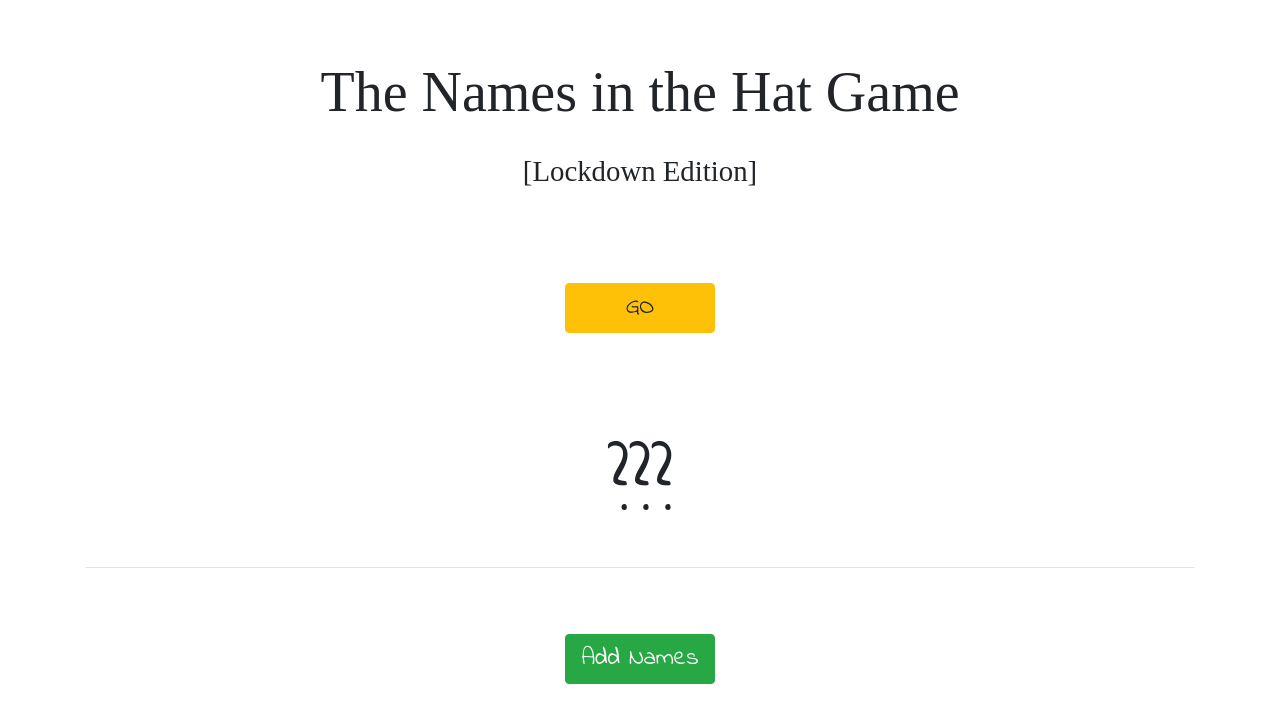
Repository: TaylorD1982/randomizer
Page: index.html
The author's editor kept a record of every edit. The page is drawn from the files as they stood at one moment, then again after the next edit.
The browser window is 1280 px wide. The pictures show the whole page.
Some web fonts or font styles are not loaded; a fallback is used. Some web libraries are served in a nearby version.

Above is the page before.
Console error: TypeError: Cannot read properties of null (reading 'addEventListener')

After the next edit:
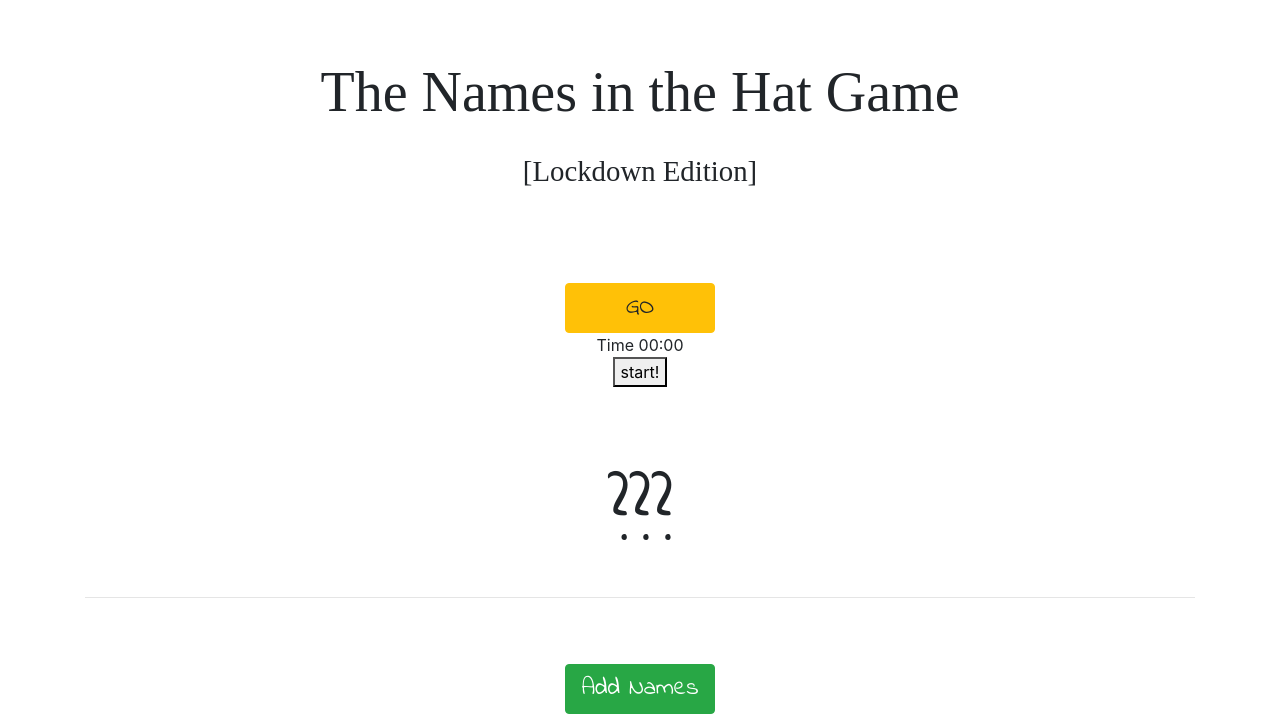
The edit:
--- a/index.html
+++ b/index.html
@@ -26,6 +26,8 @@
                       GO
                 </button>
                 <br>
+                <div>Time <span class="timer-view">00:00</span></div>
+                <button class="start">start!</button>
                 <br>
                 <br>
                 <div id="Answer" class="result">
@@ -77,52 +79,53 @@
 </script>
 
 <script>
-const timeView = document.querySelector('.timer-view');
-const start = document.querySelector('.start');
-const moreTime = document.querySelector('.add');
-const reset = document.querySelector('.reset');
+    const timeView = document.querySelector('.timer-view');
+    const start = document.querySelector('.start');
+    const moreTime = document.querySelector('.add');
+    const reset = document.querySelector('.reset');
 
-start.addEventListener('click', function(){
-	Countdown(15);
-});
+    start.addEventListener('click', function() {
+        Countdown(15);
+    });
 
-moreTime.addEventListener('click', function(){
-	AddTime(5);
-});
+    moreTime.addEventListener('click', function() {
+        AddTime(5);
+    });
 
-reset.addEventListener('click', function(){
-	timeView.textContent = '00:00';
-  clearTimeout(stopTime);
-});
+    reset.addEventListener('click', function() {
+        timeView.textContent = '00:00';
+        clearTimeout(stopTime);
+    });
 
 
-function Countdown(seconds) {
-  this.sec = seconds;
-  this.mins = seconds > 60? seconds/60 : 0;
+    function Countdown(seconds) {
+        this.sec = seconds;
+        this.mins = seconds > 60 ? seconds / 60 : 0;
 
-  tick();
+        tick();
 
-  function tick() {
-      if(this.sec > 60){
-          this.current_minutes = mins-1;
-      }
-      this.sec--;
-      timeView.textContent = (!this.mins? '00' : this.current_minutes.toString()) + ':' + (this.sec < 10 ? '0' : '') + String(this.sec);
-      if( this.sec > 0 ) {
-          stopTime = setTimeout(tick, 1000);
-      } else {
-          if(this.mins > 1){
-              countdown(this.mins-1);
-          }
-      }
-  }
-}
+        function tick() {
+            if (this.sec > 60) {
+                this.current_minutes = mins - 1;
+            }
+            this.sec--;
+            timeView.textContent = (!this.mins ? '00' : this.current_minutes.toString()) + ':' + (this.sec < 10 ? '0' : '') + String(this.sec);
+            if (this.sec > 0) {
+                stopTime = setTimeout(tick, 1000);
+            }
+            else {
+                if (this.mins > 1) {
+                    countdown(this.mins - 1);
+                }
+            }
+        }
+    }
 
-function AddTime(seconds){
-	clearTimeout(stopTime);
-	Countdown.call(this.sec, seconds);
-	sec = this.sec + seconds;
-}
+    function AddTime(seconds) {
+        clearTimeout(stopTime);
+        Countdown.call(this.sec, seconds);
+        sec = this.sec + seconds;
+    }
 </script>
 
 <script src="https://code.jquery.com/jquery-3.2.1.slim.min.js" integrity="sha384-KJ3o2DKtIkvYIK3UENzmM7KCkRr/rE9/Qpg6aAZGJwFDMVNA/GpGFF93hXpG5KkN" crossorigin="anonymous"></script>
